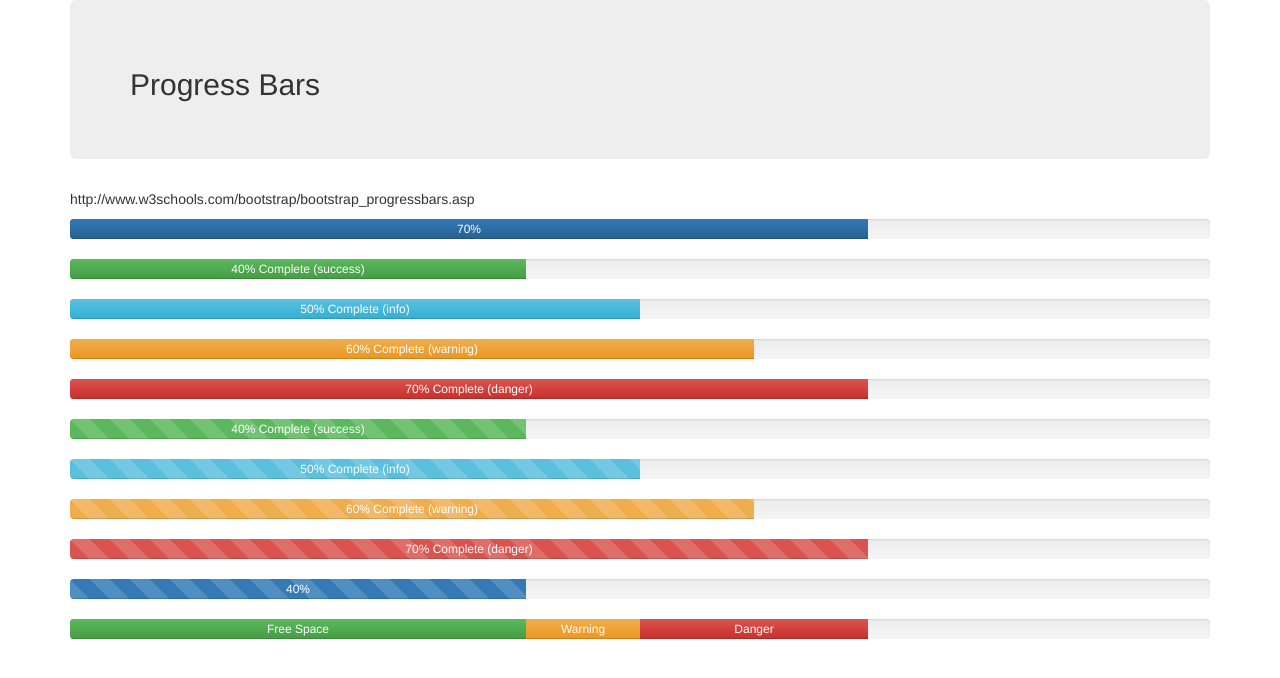
Repository: jksfoTemp/html-css-js
Page: -HTML5/bootstrap/progressbars.html
The author's editor kept a record of every edit. The page is drawn from the files as they stood at one moment, then again after the next edit.
The browser window is 1280 px wide. The pictures show the whole page.
Some web libraries are served in a nearby version.

Above is the page before.

### -HTML5/bootstrap/progressbars.html
<!DOCTYPE html>
<html lang="en">

<head>
    <title>Bootstrap - Progress Bars</title>
    <meta charset="utf-8">
    <meta name="viewport" content="width=device-width, initial-scale=1">

    <!-- <link rel="stylesheet" href="http://reset5.googlecode.com/hg/reset.min.css"> -->

    <!-- Latest compiled and minified CSS -->
    <link rel="stylesheet" href="https://maxcdn.bootstrapcdn.com/bootstrap/3.3.2/css/bootstrap.min.css">

    <!-- Optional theme -->
    <link rel="stylesheet" href="https://maxcdn.bootstrapcdn.com/bootstrap/3.3.2/css/bootstrap-theme.min.css">

    <script src="https://code.jquery.com/jquery-2.1.3.min.js"></script>

    <!-- Latest compiled and minified JavaScript -->
    <script src="https://maxcdn.bootstrapcdn.com/bootstrap/3.3.2/js/bootstrap.min.js">
    </script>

</head>

<body>
    <div class="container">
        <div class="jumbotron ">
            <h2>Progress Bars</h2>
        </div>
        http://www.w3schools.com/bootstrap/bootstrap_progressbars.asp
        <p></p>
        <div class="progress">
            <div class="progress-bar" role="progressbar" aria-valuenow="70" aria-valuemin="0" aria-valuemax="100" style="width:70%">
                70%
            </div>
        </div>
        <div class="progress">
            <div class="progress-bar progress-bar-success" role="progressbar" aria-valuenow="40" aria-valuemin="0" aria-valuemax="100" style="width:40%">
                40% Complete (success)
            </div>
        </div>

        <div class="progress">
            <div class="progress-bar progress-bar-info" role="progressbar" aria-valuenow="50" aria-valuemin="0" aria-valuemax="100" style="width:50%">
                50% Complete (info)
            </div>
        </div>

        <div class="progress">
            <div class="progress-bar progress-bar-warning" role="progressbar" aria-valuenow="60" aria-valuemin="0" aria-valuemax="100" style="width:60%">
                60% Complete (warning)
            </div>
        </div>

        <div class="progress">
            <div class="progress-bar progress-bar-danger" role="progressbar" aria-valuenow="70" aria-valuemin="0" aria-valuemax="100" style="width:70%">
                70% Complete (danger)
            </div>
        </div>

        <div class="progress">
            <div class="progress-bar progress-bar-success progress-bar-striped" role="progressbar" aria-valuenow="40" aria-valuemin="0" aria-valuemax="100" style="width:40%">
                40% Complete (success)
            </div>
        </div>

        <div class="progress">
            <div class="progress-bar progress-bar-info progress-bar-striped" role="progressbar" aria-valuenow="50" aria-valuemin="0" aria-valuemax="100" style="width:50%">
                50% Complete (info)
            </div>
        </div>

        <div class="progress">
            <div class="progress-bar progress-bar-warning progress-bar-striped" role="progressbar" aria-valuenow="60" aria-valuemin="0" aria-valuemax="100" style="width:60%">
                60% Complete (warning)
            </div>
        </div>

        <div class="progress">
            <div class="progress-bar progress-bar-danger progress-bar-striped" role="progressbar" aria-valuenow="70" aria-valuemin="0" aria-valuemax="100" style="width:70%">
                70% Complete (danger)
            </div>
        </div>
        <div class="progress">
            <div class="progress-bar progress-bar-striped active" role="progressbar" aria-valuenow="40" aria-valuemin="0" aria-valuemax="100" style="width:40%">
                40%
            </div>
        </div>
        <div class="progress">
            <div class="progress-bar progress-bar-success" role="progressbar" style="width:40%">
                Free Space
            </div>
            <div class="progress-bar progress-bar-warning" role="progressbar" style="width:10%">
                Warning
            </div>
            <div class="progress-bar progress-bar-danger" role="progressbar" style="width:20%">
                Danger
            </div>
        </div>
    </div>
</body>

</html>

After the next edit:
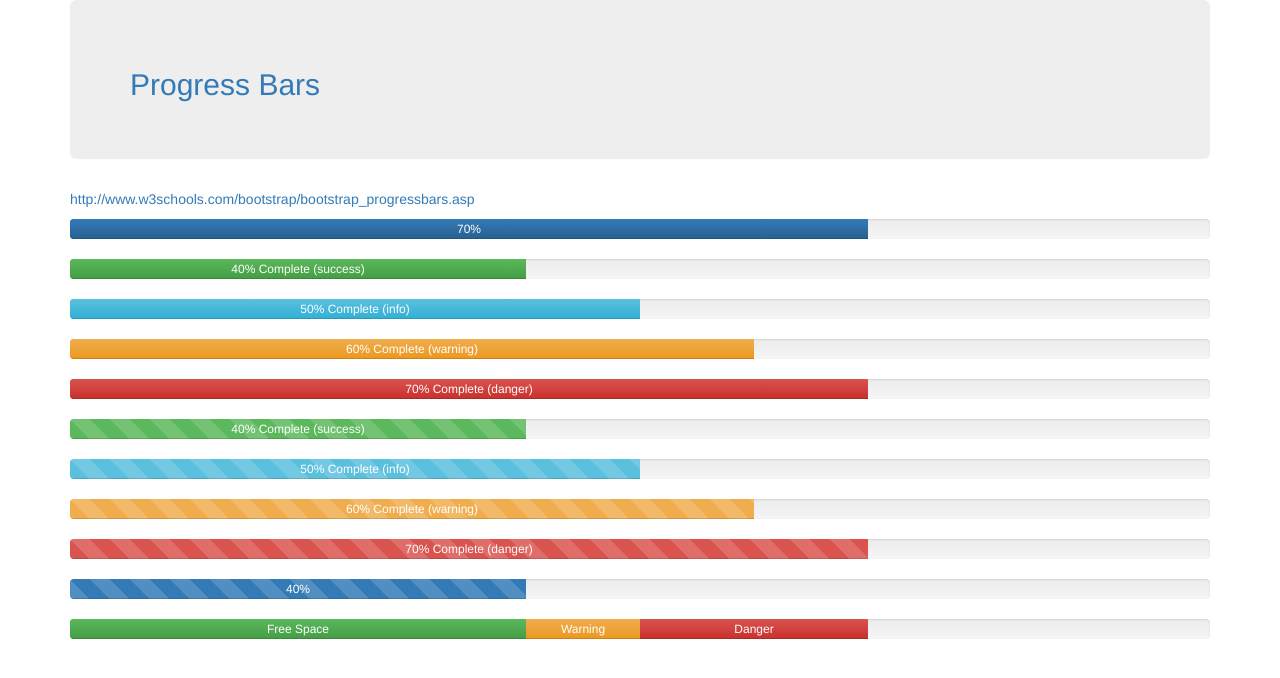
The edit:
--- a/-HTML5/bootstrap/progressbars.html
+++ b/-HTML5/bootstrap/progressbars.html
@@ -25,7 +25,7 @@
 <body>
     <div class="container">
         <div class="jumbotron ">
-            <h2>Progress Bars</h2>
+            <h2><a href="http://www.w3schools.com/bootstrap/bootstrap_progressbars.asp">Progress Bars<a/></h2>
         </div>
         http://www.w3schools.com/bootstrap/bootstrap_progressbars.asp
         <p></p>
